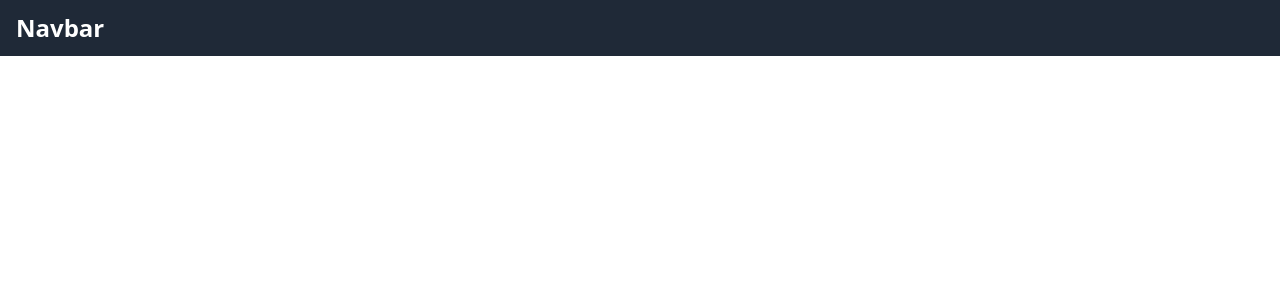
Repository: cynthiamoraa/flowithme
Page: / (app in frontend/)
The author's editor kept a copy of each file at every save. The page is drawn from the files as they stood at one save, then again after a run of saves.
The browser window is 1280 px wide. The pictures show the whole page.
The project was rebuilt for these pictures with package versions that can differ from the ones it lists, and the page was loaded fresh each time. Also part of the build but not shown: frontend/vite.config.js.

Above is the page before, as saved 2024-11-19 16:48:26.

After the next 2 saves:
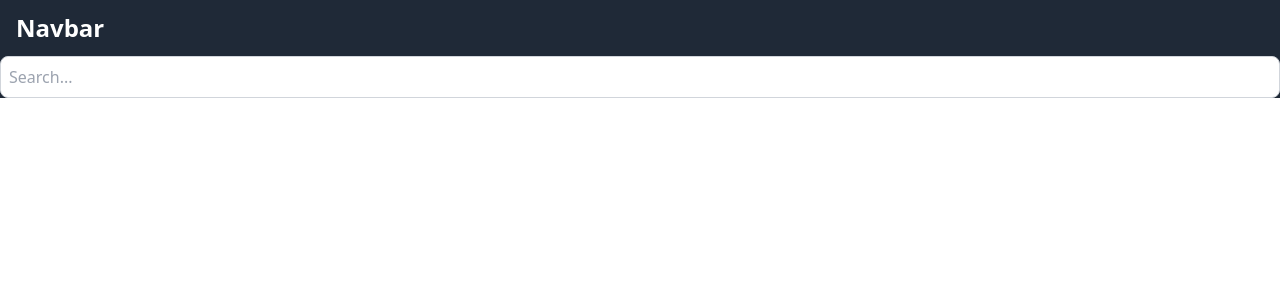
The 2 saves are shown as one change because they came seconds apart.
The last was saved 27 s later.
--- a/frontend/src/components/Navbar.jsx
+++ b/frontend/src/components/Navbar.jsx
@@ -6,11 +6,14 @@
     <nav className="bg-gray-800 text-white">
       <div className="flex justify-between items-center px-4 py-3">
         <h1 className="text-2xl font-bold">Navbar</h1>
-
       </div>
 
       <div>
-
+        <input
+          type="text"
+          placeholder="Search..."
+          className="w-full p-2 border border-gray-300 rounded-lg focus:outline-none focus:ring-2 focus:ring-blue-500"
+        />
       </div>
     </nav>
   );
